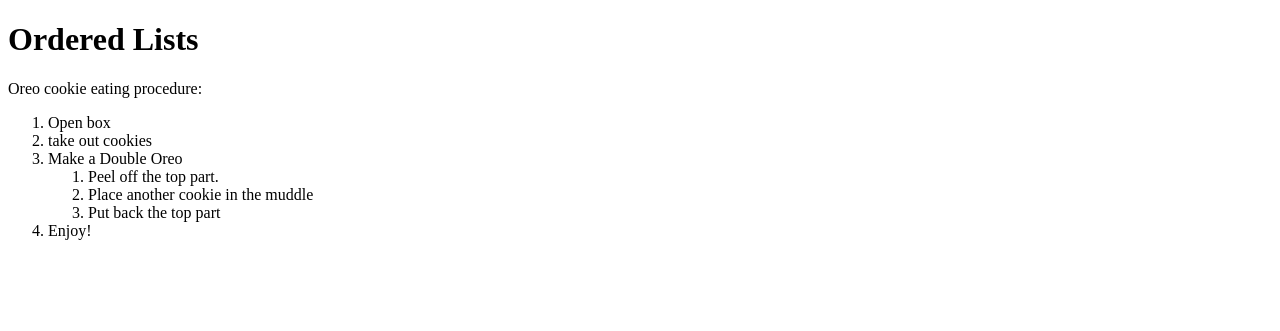
Repository: Koniya/my-coding-practices
Page: ordered-list-before.html
An editor plug-in stored every save of this project. The page is shown before and after the next save, followed by the edit.
The browser window is 1280 px wide. The pictures show the whole page.

Above is the page before, as saved 2024-01-24 20:32:22.

### ordered-list-before.html
<!DOCTYPE html>
<html>
<head>
    <meta charset="utf-8">
    <title>Ordered Lists</title>
</head>
<body>
    <h1>Ordered Lists</h1>
    <div>
        Oreo cookie eating procedure:
        <ol>
            <li>Open box</li>
            <li>take out cookies</li>
            <li>Make a Double Oreo
                <ol>
                    <li>Peel off the top part.</li>
                    <li> Place another cookie in the muddle</li>
                    <li>Put back the top part</li>
                </ol>
            </li>
            <li>Enjoy!</li>
        </ol>
    </div>
</body>

After the next save:
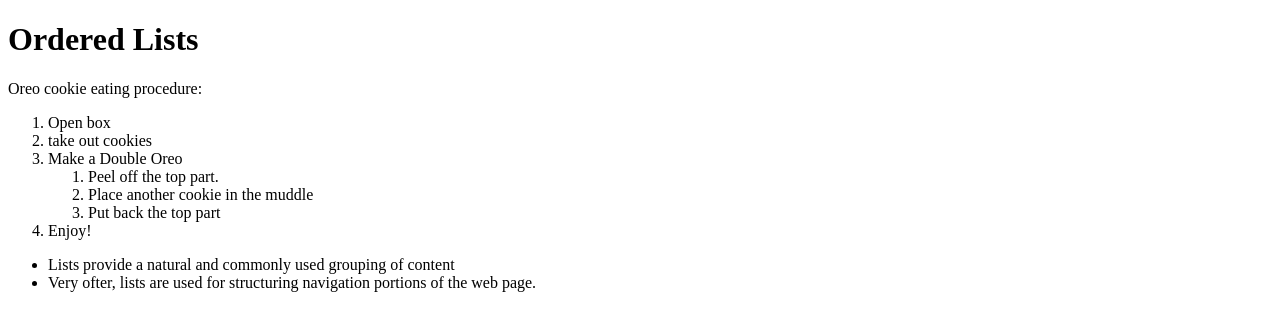
Saved 3 min 5 s later.
--- a/ordered-list-before.html
+++ b/ordered-list-before.html
@@ -21,4 +21,10 @@
             <li>Enjoy!</li>
         </ol>
     </div>
+    <div>
+        <ul>
+            <li> Lists provide a natural and commonly used grouping of content</li>
+            <li>Very ofter, lists are used for structuring navigation portions of the web page.</li>
+        </ul>
+    </div>
 </body>
